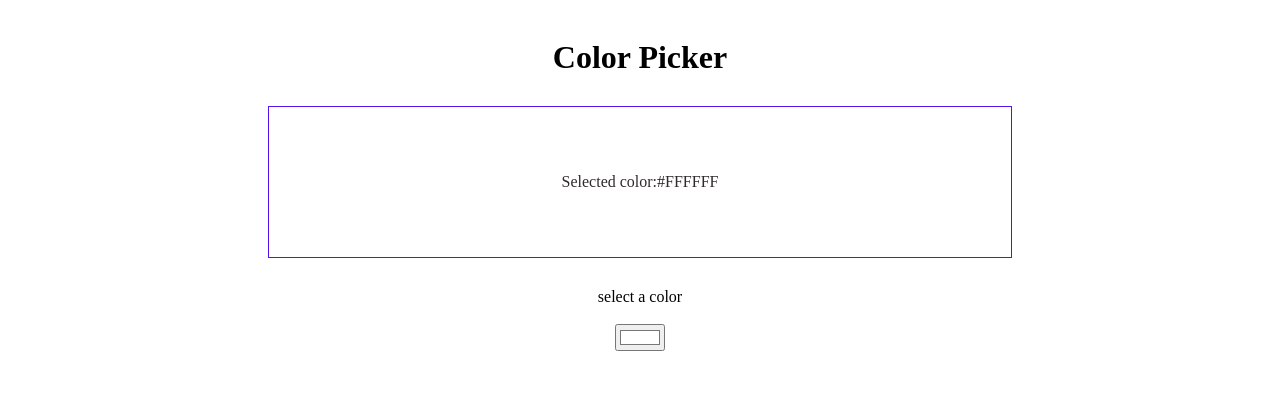
Repository: wakoya-tech/my-react-practice
Page: /
These files come from the project's save history. The page is drawn as it stood at one moment and after the next save; the edit follows.
The browser window is 1280 px wide. The pictures show the whole page.
The project was rebuilt for these pictures with package versions that can differ from the ones it lists, and the page was loaded fresh each time. Also part of the build but not shown: vite.config.js.

Above is the page before, as saved 2025-10-03 11:48:47.

After the next save:
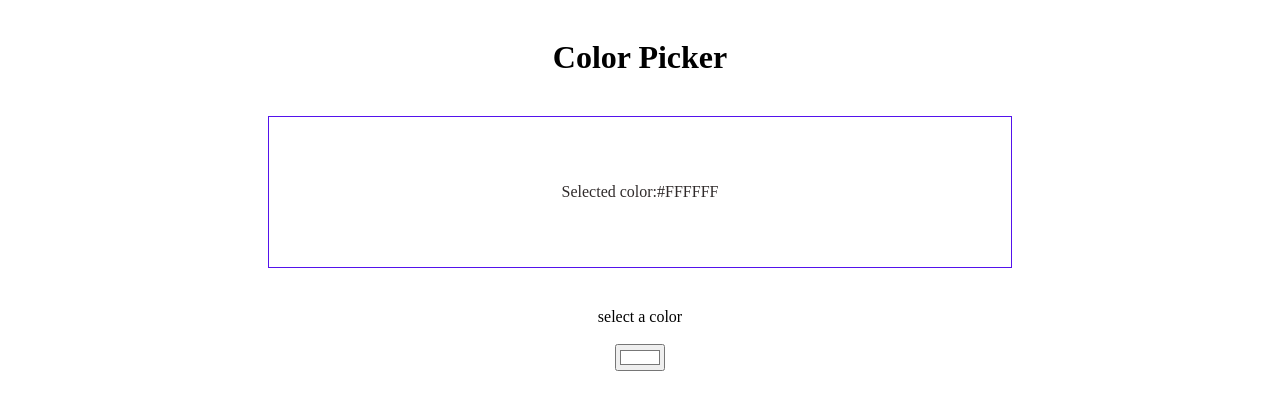
Saved 31 s later.
--- a/src/index.css
+++ b/src/index.css
@@ -8,7 +8,7 @@
   border: 1px solid rgb(84, 19, 236);
   color: rgb(48, 43, 43);
   background-color: rgb(82, 82, 197);
-  margin: 30px 250px ;
+  margin: 40px 250px ;
 
   padding:50px 10px;
 
